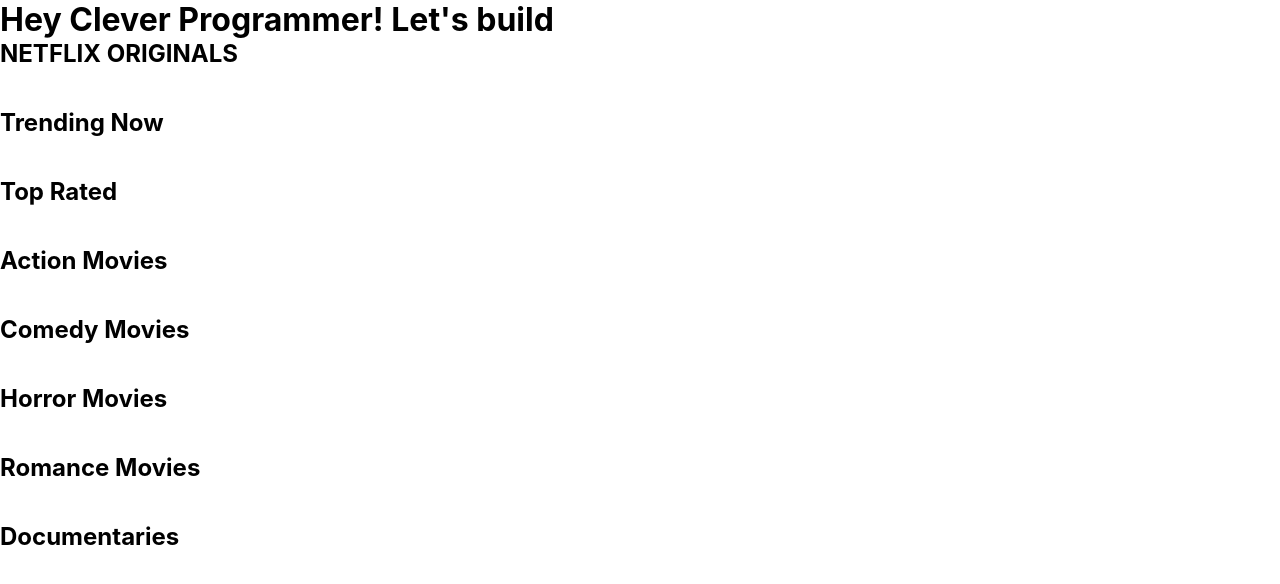
Repository: digiangler/netflix-clone
Page: /
These files come from the project's save history. The page is drawn as it stood at one moment and after the next save; the edit follows.
The browser window is 1280 px wide. The pictures show the whole page.
The page's requests for data from a server got no answer. The project was rebuilt for these pictures with package versions that can differ from the ones it lists, and the page was loaded fresh each time. No one was signed in, and anything a server would have sent is missing.

Above is the page before, as saved 2020-09-18 16:06:02.

### src/App.js
import React from "react";

import "./App.css";
import Row from "./Row";
import requests from "./requests";

function App() {
  return (
    <div className='app'>
      <h1>Hey Clever Programmer! Let's build</h1>

      <Row
        title='NETFLIX ORIGINALS'
        fetchUrl={requests.fetchNetflixOriginals}
      />

      <Row title='Trending Now' fetchUrl={requests.fetchTrending} />
      <Row title='Top Rated' fetchUrl={requests.fetchTopRated} />
      <Row title='Action Movies' fetchUrl={requests.fetchActionMovies} />
      <Row title='Comedy Movies' fetchUrl={requests.fetchComedyMovies} />
      <Row title='Horror Movies' fetchUrl={requests.fetchHorrorMovies} />
      <Row title='Romance Movies' fetchUrl={requests.fetchRomanceMovies} />
      <Row title='Documentaries' fetchUrl={requests.fetchDocumentaries} />
    </div>
  );
}

export default App;

### src/Row.js
import React, { useEffect, useState } from "react";

import "./Row.css";
import "./Row.js";
import axios from "./axios";

const base_url = "https://image.tmdb.org/t/p/original/";

function Row({ title, fetchUrl }) {
  const [movies, setMovies] = useState([]);

  // a snippet of code which runs based on a specific condition
  useEffect(() => {
    // if [], run once when the row loads, and don't run again
    async function fetchData() {
      //   console.log(fetchUrl);
      const request = await axios.get(fetchUrl);
      //   console.log(request);
      setMovies(request.data.results);
      return request;
    }
    fetchData();
  }, [fetchUrl]);

  console.table(movies);

  return (
    <div className='row'>
      <h2>{title}</h2>

      <div className='row__posters'>
        {/* row__poster */}
        {movies.map((movie) => (
          <img
            key={movie.id}
            className='row__poster'
            src={`${base_url}${movie.poster_path}`}
            alt={movie.name}
          />
        ))}
      </div>
    </div>
  );
}

export default Row;

### src/requests.js
const API_KEY = "8712b0610496fec8b39847307d977e5f";

const requests = {
  fetchTrending: `/trending/add/week?api_key=${API_KEY}&language=ja-JP`,
  fetchNetflixOriginals: `/discover/tv?api_key=${API_KEY}&with_networks=213`,
  fetchTopRated: `/movie/top_rated?api_key=${API_KEY}&language=ja-JP`,
  fetchActionMovies: `/discover/movie?api_key=${API_KEY}&with_genres=28`,
  fetchComedyMovies: `/discover/movie?api_key=${API_KEY}&with_genres=35`,
  fetchHorrorMovies: `/discover/movie?api_key=${API_KEY}&with_genres=27`,
  fetchRomanceMovies: `/discover/movie?api_key=${API_KEY}&with_genres=10749`,
  fetchDocumentaries: `/discover/movie?api_key=${API_KEY}&with_genres=99`,
};

export default requests;

### src/Row.css
.row__posters {
  display: flex;
  overflow-y: hidden;
  overflow-x: scroll;
  padding: 20px;
}

.row__poster::-webkit-scrollbar {
  display: none;
}

.row__poster {
  object-fit: contain;
  width: 100%;
  max-height: 100px;
  margin-right: 10px;
  transition: transform 450ms;
}

.row__poster:hover {
  transform: scale(1.08);
}

### src/axios.js
import axios from "axios";

/** base url to make requests to the movie database */
const instance = axios.create({
  baseURL: "https://api.themoviedb.org/3",
});

export default instance;

Loaded but not shown: public/index.html (common file); src/index.js (common file); src/index.css (common file); src/serviceWorker.js (common file); src/App.css (common file)

After the next save:
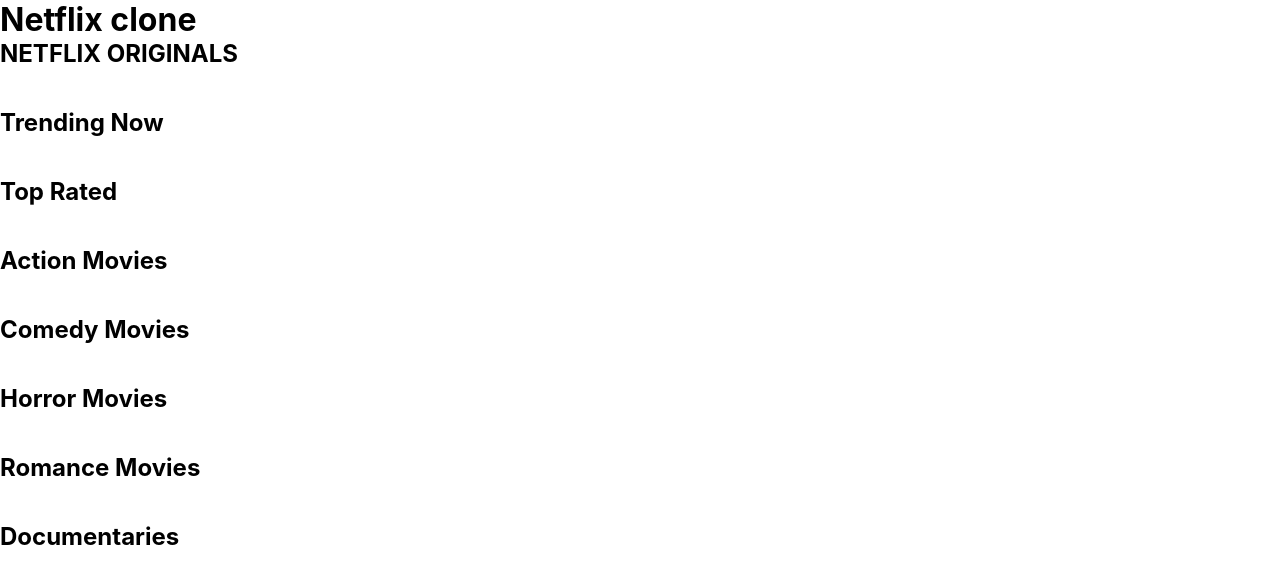
Saved 86 s later.
--- a/src/App.js
+++ b/src/App.js
@@ -7,7 +7,7 @@
 function App() {
   return (
     <div className='app'>
-      <h1>Hey Clever Programmer! Let's build</h1>
+      <h1>Netflix clone</h1>
 
       <Row
         title='NETFLIX ORIGINALS'
